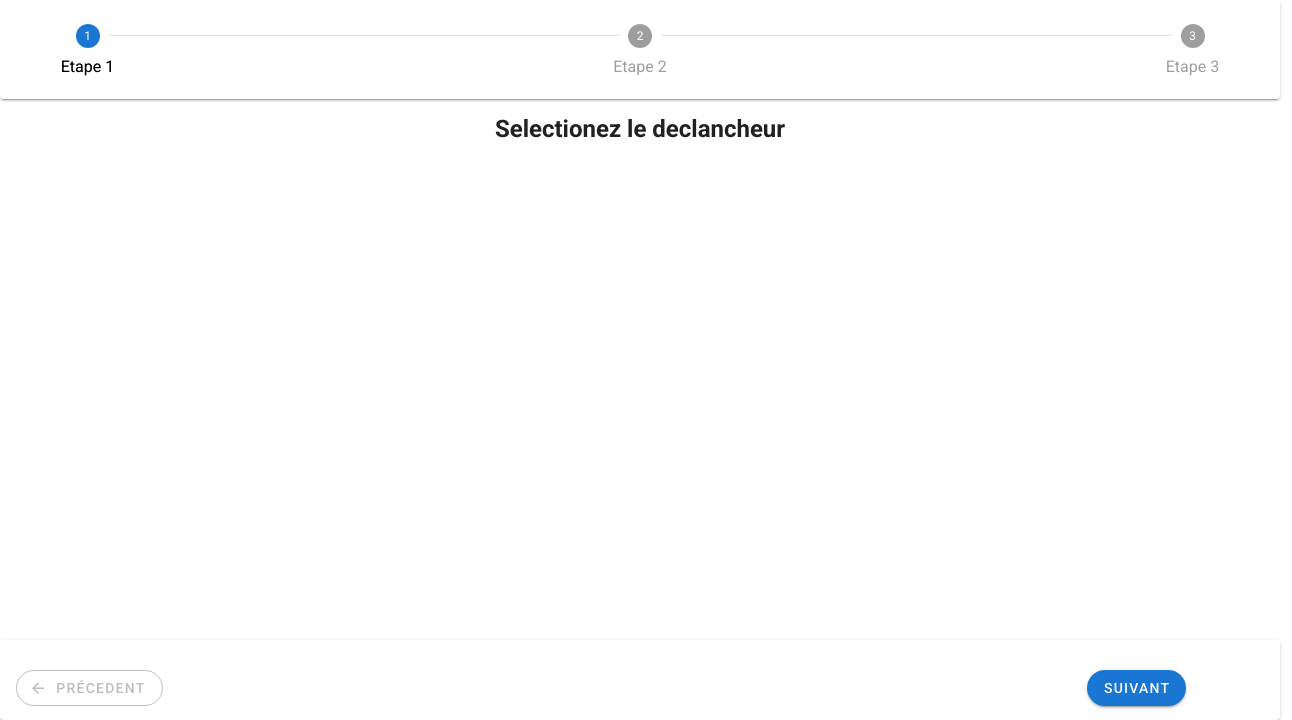
Repository: SidneyHodieb/myc
Page: /addsource/trigger
An editor plug-in stored every save of this project. The page is shown before and after the next save, followed by the edit.
The browser window is 1280 px wide. The page is 1292 px wide, so the pictures cover 1292 px, including what lies to the right of the window. The pictures show the whole page.
The project was rebuilt for these pictures with package versions that can differ from the ones it lists, and the page was loaded fresh each time. Also part of the build but not shown: vue.config.js, src/views/Home.vue, src/views/addSource/components/format.vue, src/views/addSource/components/card.vue.

Above is the page before, as saved 2021-04-07 04:17:16.

### src/main.js
import Vue from 'vue'
import App from './App.vue'
import router from './router'
import store from './store'
import vuetify from './plugins/vuetify';
import vue2Dropzone from 'vue2-dropzone'
import 'vue2-dropzone/dist/vue2Dropzone.min.css'
Vue.component('vueDropzone', vue2Dropzone)

Vue.config.productionTip = false

new Vue({
  router,
  store,
  vuetify,
  render: function (h) { return h(App) }
}).$mount('#app')

### src/App.vue
<template>
  <v-app>
    <v-main>
      <router-view></router-view>
    </v-main>
  </v-app>
</template>

<script>

export default {
  name: 'App',
  data: () => ({
    //
  }),
};
</script>

### src/router/index.js
import Vue from 'vue'
import VueRouter from 'vue-router'
import Home from '../views/Home.vue'
import addSource from '../views/addSource/column'
import format from '../views/addSource/components/format'
import card from '../views/addSource/components/card'
import trigger from '../views/addSource/components/trigger'

Vue.use(VueRouter)

const routes = [
  {
    path: '/',
    name: 'Home',
    component: Home
  },
  {
    path: '/addsource',
    name: 'addSource',
    component: addSource,
    children: [
      {
        path: 'format',
        name:'format',
        component: format
      },
      {
        path: 'card',
        name:'card',
        component: card
      },
      {
        path: 'trigger',
        name:'trigger',
        component: trigger
      }
    ]
  },
  {
    path: '/about',
    name: 'About',
    // route level code-splitting
    // this generates a separate chunk (about.[hash].js) for this route
    // which is lazy-loaded when the route is visited.
    component: function () {
      return import(/* webpackChunkName: "about" */ '../views/About.vue')
    }
  }
]

const router = new VueRouter({
  mode: 'history',
  base: process.env.BASE_URL,
  routes
})

export default router

### src/views/addSource/column.vue
<template>
  <div>
    <!-- Header -->
      <v-stepper alt-labels v-model="e1">
          <v-stepper-header >
            <v-stepper-step step="1" :complete="e1 > 1">
              Etape 1
            </v-stepper-step>

            <v-divider></v-divider>

            <v-stepper-step step="2" :complete="e1 > 2">
              Etape 2
            </v-stepper-step>

            <v-divider></v-divider>

            <v-stepper-step step="3">
              Etape 3
            </v-stepper-step>
          </v-stepper-header>
        </v-stepper>

        <!-- Content -->
        <router-view></router-view>
        <!--Footer  -->

<v-card class="card-bottom">

    <v-row>
       <v-col>
       <v-btn
       :disabled="e1 == 1 ? true : null "
       class="ml-4"
      rounded
      outlined
      color="indigo"
      @click="prev"
    >
     <v-icon left>
        mdi-arrow-left
      </v-icon>
      Précedent
    </v-btn>
       </v-col>

  <v-col offset-md="8" offset-sm="8">
      <v-btn
      :disabled="e1 == 3 ? true : null "
      rounded
      color="primary"
      dark
      @click="next()"
    >
      Suivant
    </v-btn>
      </v-col>
      </v-row>
    </v-card>

  </div>
</template>

<script>
export default {
  data(){
    return{
      e1:1,
    }
  },

  methods:{
    next(){
      this.e1 = this.e1 + 1
      console.log(this.e1);
      if (this.e1 === 2) {
        this.$router.push({ name: 'card'})
      }
      if (this.e1 === 3) {
        this.$router.push({ name: 'trigger'})
      }
    },

    prev(){
      if (this.e1 != 1) {
         this.e1 = this.e1 - 1
         /* while (this.e1 !=  1) {

      } */
      }
       this.$router.go(-1)


    }
  }
}
</script>

<style lang="scss" scoped>

.card-bottom{
  position: absolute;bottom: 0;width:100%; height: 50px; padding-bottom:50px; padding-top:30px
}

</style>

### src/views/addSource/components/trigger.vue
<template>
  <v-container grid-list-xs>
    <v-row>
      <v-col md="12" sm="12" class="text-center">
        <h2>Selectionez le declancheur</h2>
      </v-col>
    </v-row>

  </v-container>
</template>

<script>
export default {

}
</script>

<style>

</style>

Loaded but not shown: public/index.html (common file); src/store/index.js (common file); src/plugins/vuetify.js (common file)

After the next save:
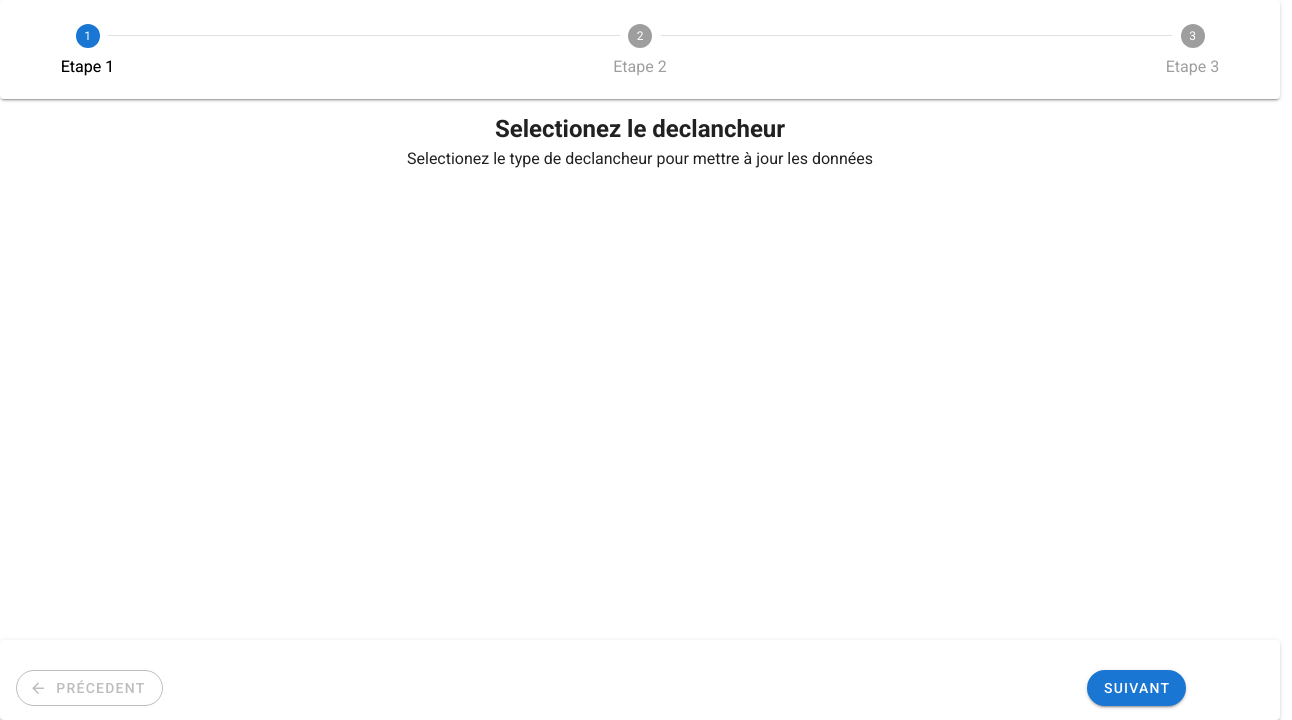
Saved 4 min 44 s later.
--- a/src/views/addSource/components/trigger.vue
+++ b/src/views/addSource/components/trigger.vue
@@ -3,6 +3,7 @@
     <v-row>
       <v-col md="12" sm="12" class="text-center">
         <h2>Selectionez le declancheur</h2>
+        <span>Selectionez le type de declancheur pour mettre à jour les données</span>
       </v-col>
     </v-row>
 
